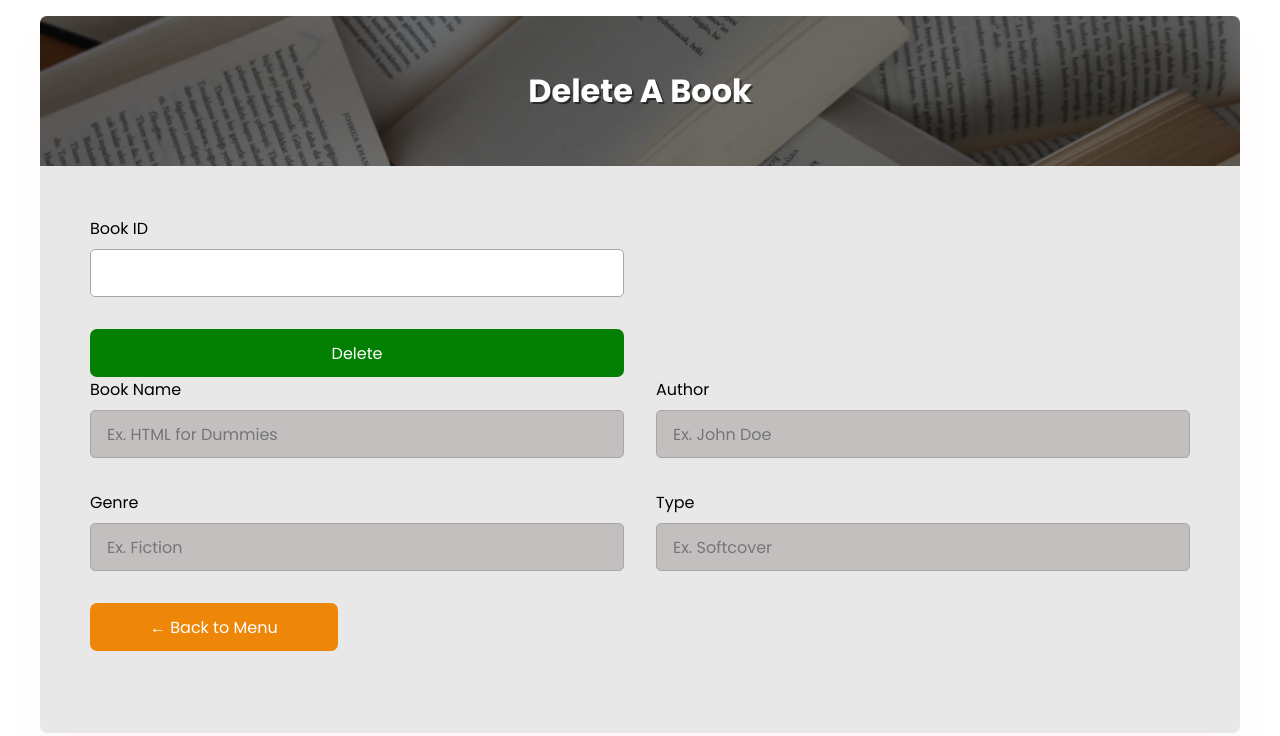
Repository: kcvijay/node_advanced_books
Page: booksSPA/public/pages/deleteBook.html
The author's editor kept a copy of each file at every save. The page is drawn from the files as they stood at one save, then again after the next save.
The browser window is 1280 px wide. The pictures show the whole page.

Above is the page before, as saved 2023-03-08 17:51:16.

### booksSPA/public/pages/deleteBook.html
<!DOCTYPE html>
<html lang="en">
  <head>
    <meta charset="UTF-8" />
    <meta http-equiv="X-UA-Compatible" content="IE=edge" />
    <meta name="viewport" content="width=device-width, initial-scale=1.0" />
    <title>Delete A Book</title>
    <link rel="stylesheet" href="../styles/styles.css" />
  </head>
  <body>
    <div class="main-wrapper">
      <div class="heading">
        <h1>Delete A Book</h1>
      </div>
      <div class="data-field">
        <form>
          <div>
            <label for="id">Book ID</label>
            <input type="text" id="id" name="id" />
          </div>
          <div></div>
          <button type="submit" id="submit" class="primary-btn">Delete</button>
        </form>
        <form>
          <div>
            <label for="name">Book Name</label>
            <input
              type="text"
              id="name"
              name="name"
              placeholder="Ex. HTML for Dummies"
              autocomplete="off"
              disabled
            />
          </div>
          <div>
            <label for="author">Author</label>
            <input
              type="text"
              id="author"
              name="author"
              placeholder="Ex. John Doe"
              autocomplete="off"
              disabled
            />
          </div>
          <div>
            <label for="genre">Genre</label>
            <input
              type="text"
              id="genre"
              name="genre"
              placeholder="Ex. Fiction"
              autocomplete="off"
              disabled
            />
          </div>
          <div>
            <label for="type">Type</label>
            <input
              type="text"
              id="type"
              name="type"
              placeholder="Ex. Softcover"
              autocomplete="off"
              disabled
            />
          </div>
        </form>
        <div id="messagearea"></div>
        <div>
          <button class="secondary-btn">&larr;&nbsp;Back to Menu</button>
        </div>
      </div>
    </div>
    <script src="/js/deleteBookHandler.js"></script>
  </body>
</html>

### booksSPA/public/styles/styles.css
@import url("https://fonts.googleapis.com/css2?family=Poppins:wght@400;700&display=swap");

* {
  margin: 0;
  padding: 0;
  box-sizing: border-box;
}

body {
  max-width: 100vw;
  min-height: 100vh;
  font-family: "Poppins", sans-serif;
}

.main-wrapper {
  max-width: 1200px;
  background: #e8e8e8;
  margin: 16px auto;
  border-radius: 7px;
  box-shadow: 0 30px 30px rgba(241, 182, 182, 0.1);
  overflow: hidden;
  transition: all 0.3s ease;
}

.heading {
  background: linear-gradient(rgba(0, 0, 0, 0.4), rgba(0, 0, 0, 0.4)),
    url("../assets/books.jpeg");
  background-position: center;
  background-size: cover;
  background-repeat: no-repeat;
  height: 150px;
  display: flex;
  justify-content: center;
  align-items: center;
}

h1 {
  position: relative;
  color: #fff;
  text-shadow: 2px 2px rgba(0, 0, 0, 0.5);
}

.data-field {
  padding: 50px;
}

input,
textarea,
button {
  font-family: inherit;
  font-size: 16px;
}

input:disabled {
  background-color: #c3bfbf;
  cursor: no-drop;
}
input:disabled:focus {
  outline: none;
}

form {
  display: grid;
  grid-template-columns: 1fr 1fr;
  gap: 32px;
  justify-items: start;
  transition: all 0.3s ease-in-out;
}

form div {
  width: 100%;
}

form label {
  display: inline-block;
  width: 100px;
  margin-bottom: 8px;
}

form input {
  height: 48px;
  width: 100%;
  padding: 0 16px;
  border: 1px solid #a7a7a7;
  border-radius: 5px;
  transition: all 0.3s ease;
}

form input:focus {
  outline: 3px solid #ee870978;
  border: none;
}

.button-set {
  display: grid;
  grid-template-columns: 1fr 1fr;
  gap: 32px;
}

.button-set div .primary-btn {
  display: block;
  width: 100%;
  text-decoration: none;
  display: flex;
  justify-content: center;
  align-items: center;
}

button:hover,
button:active {
  filter: brightness(0.9);
}

.button-set {
  margin-top: 32px;
}

.primary-btn {
  display: flex;
  justify-content: center;
  align-items: center;
  width: 100%;
  height: 48px;
  background-color: #038003;
  text-decoration: none;
  padding: 8px 60px;
  color: #fff;
  border: none;
  border-radius: 7px;
  cursor: pointer;
  transition: all 0.3s ease;
}

.secondary-btn {
  display: flex;
  justify-content: center;
  align-items: center;
  height: 48px;
  margin: 32px 0;
  background-color: #ee8709;
  text-decoration: none;
  padding: 8px 60px;
  color: #fff;
  border: none;
  border-radius: 7px;
  cursor: pointer;
  transition: all 0.3s ease;
}

#messagearea {
  position: absolute;
  left: 0;
  top: 0;
  width: 100vw;
  height: 100vh;
  background-color: rgba(0, 0, 0, 0.7);
  display: none;
  justify-content: center;
  align-items: center;
  z-index: 999;
}

#messagearea p {
  background-color: #fff;
  padding: 32px;
}

/**** TABLE ****/

.table-field {
  overflow-x: auto;
}

table {
  margin: 0 auto;
  max-width: fit-content;
}
thead {
  background: #038003;
  color: #fff;
}
th,
td {
  width: 250px;
  height: 48px;
  padding: 16px;
}

tr:nth-child(odd) {
  background: #ee870945;
}

tr:nth-child(even) {
  background: #ee87095e;
}

tr:last-child td:first-child {
  border-radius: 0 0 0 7px;
}

tr:last-child td:last-child {
  border-radius: 0 0 7px 0;
}

th:not(:first-child) {
  text-align: left;
}

th:first-child {
  border-radius: 7px 0 0 0;
}

th:last-child {
  text-align: center;
  border-radius: 0 7px 0 0;
}

td {
  padding-left: 16px;
}

td:first-child,
td:last-child {
  text-align: center;
}

@media screen and (max-width: 700px) {
  .main-wrapper {
    margin: 0 16px;
  }
  form {
    grid-template-columns: 1fr;
  }

  .data-field {
    padding: 18px;
  }

  .table-field {
    overflow-x: auto;
  }

  table {
    font-size: 14px;
  }

  .button-set {
    grid-template-columns: 1fr;
  }

  .button-set div a {
    display: block;
    width: 100%;
  }
}

### booksSPA/public/js/deleteBookHandler.js
"use strict";

(function () {
  let inputField;
  let messageField;
  let submit;

  document.addEventListener("DOMContentLoaded", init);

  function init() {
    inputField = document.querySelector("#id");
    messageField = document.querySelector("#messagearea");
    submit = document.querySelector("#submit");
  }
})();

After the next save:
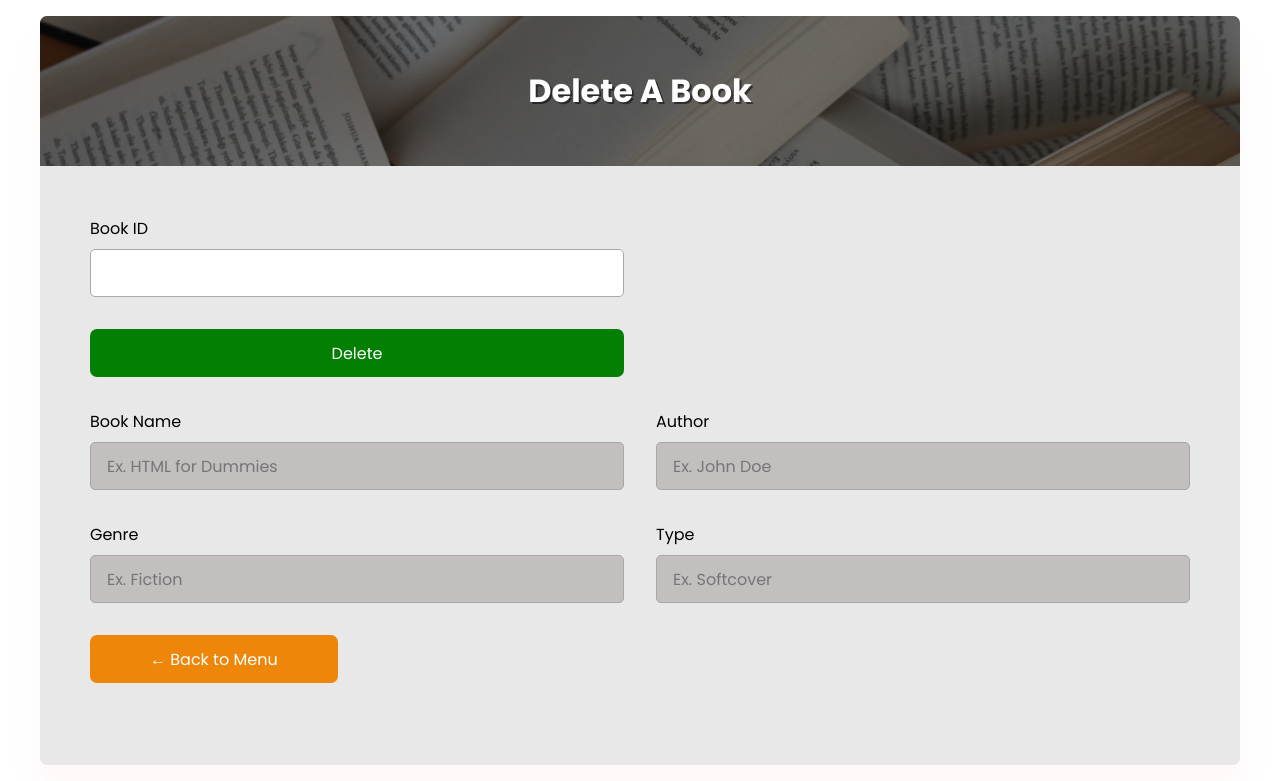
Saved 42 s later.
--- a/booksSPA/public/pages/deleteBook.html
+++ b/booksSPA/public/pages/deleteBook.html
@@ -21,7 +21,7 @@
           <div></div>
           <button type="submit" id="submit" class="primary-btn">Delete</button>
         </form>
-        <form>
+        <form style="margin-top: 32px">
           <div>
             <label for="name">Book Name</label>
             <input
